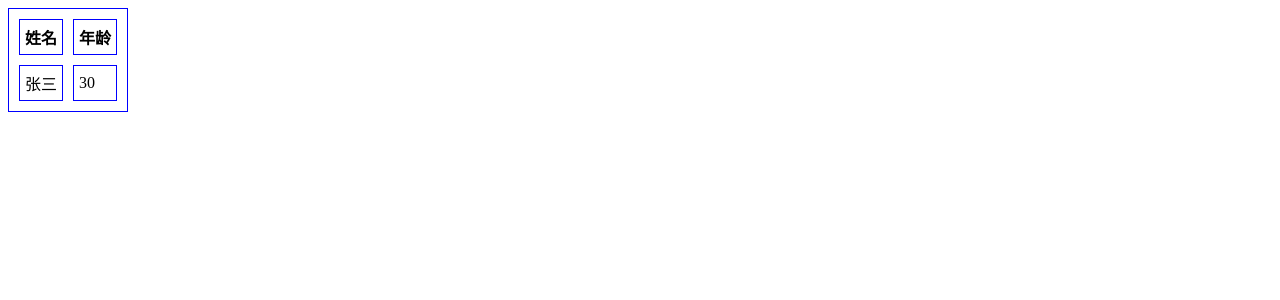
Repository: tangchengjingwen/javaLearningCode
Page: javaLearningCode/day29_html/table.html
The author's editor kept a copy of each file at every save. The page is drawn from the files as they stood at one save, then again after the next save.
The browser window is 1280 px wide. The pictures show the whole page.

Above is the page before, as saved 2012-05-13 06:28:11.

After the next save:
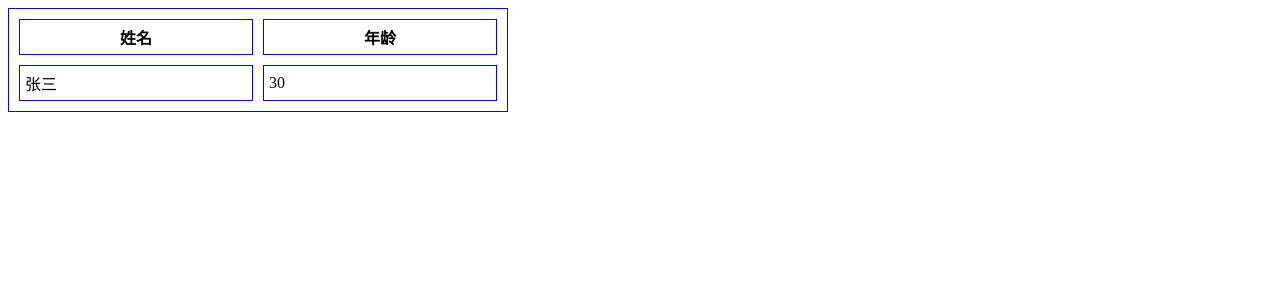
Saved 36 s later.
--- a/javaLearningCode/day29_html/table.html
+++ b/javaLearningCode/day29_html/table.html
@@ -6,7 +6,7 @@
 	</head>
 	<body>
 
-		<table border="1" bordercolor="blue" cellpadding="5" cellspacing="10" >
+		<table border="1" bordercolor="blue" cellpadding="5" cellspacing="10" width="500" >
 			<tr>
 				<th>姓名</th>
 				<th>年龄</th>
